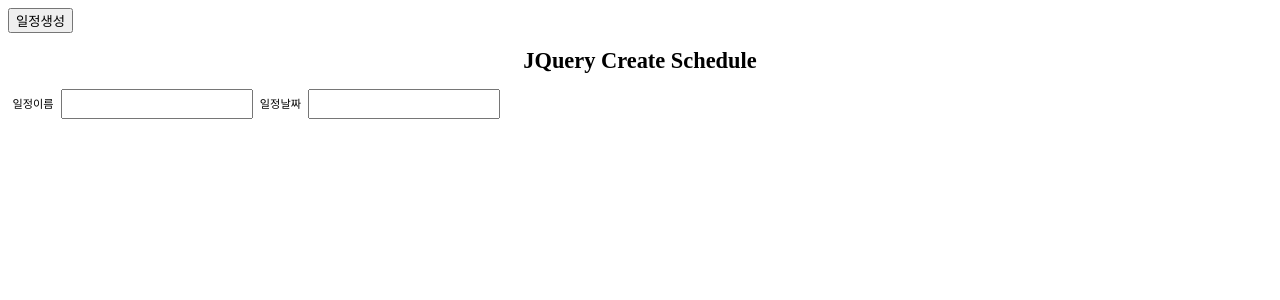
Repository: Junhee1412/front_end_practice
Page: jquery, bootstrap/js04_jquery_ui/public/js01_datepicker.html
These files come from the project's save history. The page is drawn as it stood at one moment and after the next save; the edit follows.
The browser window is 1280 px wide. The pictures show the whole page.

Above is the page before, as saved 2022-11-15 03:49:17.

### jquery, bootstrap/js04_jquery_ui/public/js01_datepicker.html
<!doctype html>
<html lang="en">
<head>
  <meta charset="utf-8">
  <meta name="viewport" content="width=device-width, initial-scale=1">
  <title>jQuery UI Datepicker - Default functionality</title>
  <link rel="stylesheet" href="//code.jquery.com/ui/1.13.2/themes/base/jquery-ui.css">
  <style>
  	body{font-size:70%;}
  	h1{text-align:center;}
  	input[type="text"], label{
  	margin-bottom:12px;
  	padding:0.4em;}
  </style>
  <script src="https://code.jquery.com/jquery-3.6.0.min.js"></script>
  <script src="https://code.jquery.com/ui/1.13.2/jquery-ui.min.js"></script>
  <script>
  	$(function() {});
  </script>
</head>
<body>
	<button id="open-button">일정생성</button>
	<div id="output"></div>
	<div id="dialog" title="JQuery UI Dialog">
		<h1>JQuery Create Schedule</h1>
		<label for="event_name">일정이름</label>
		<input type="text" id="event_name" />
		<label for="event_date">일정날짜</label>
		<input type="text" id="event_date" />
	</div>
</body>
</html>

After the next save:
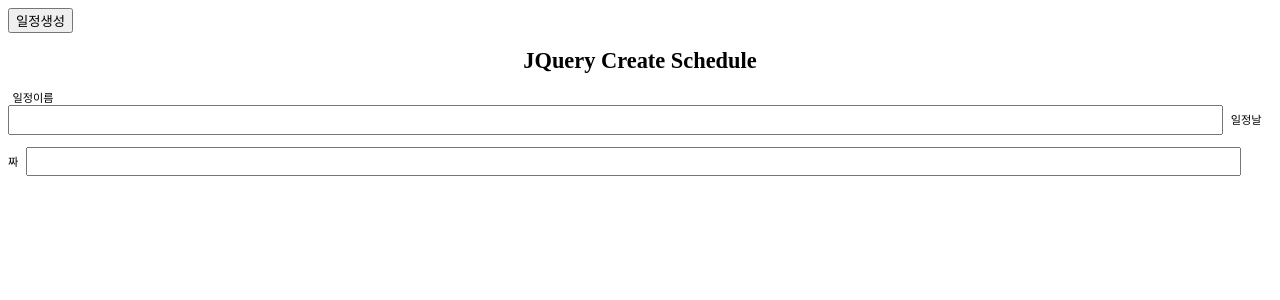
Saved 18 s later.
--- a/jquery, bootstrap/js04_jquery_ui/public/js01_datepicker.html
+++ b/jquery, bootstrap/js04_jquery_ui/public/js01_datepicker.html
@@ -10,7 +10,9 @@
   	h1{text-align:center;}
   	input[type="text"], label{
   	margin-bottom:12px;
-  	padding:0.4em;}
+  	padding:0.4em;
+  	width:95%;
+  	}
   </style>
   <script src="https://code.jquery.com/jquery-3.6.0.min.js"></script>
   <script src="https://code.jquery.com/ui/1.13.2/jquery-ui.min.js"></script>
